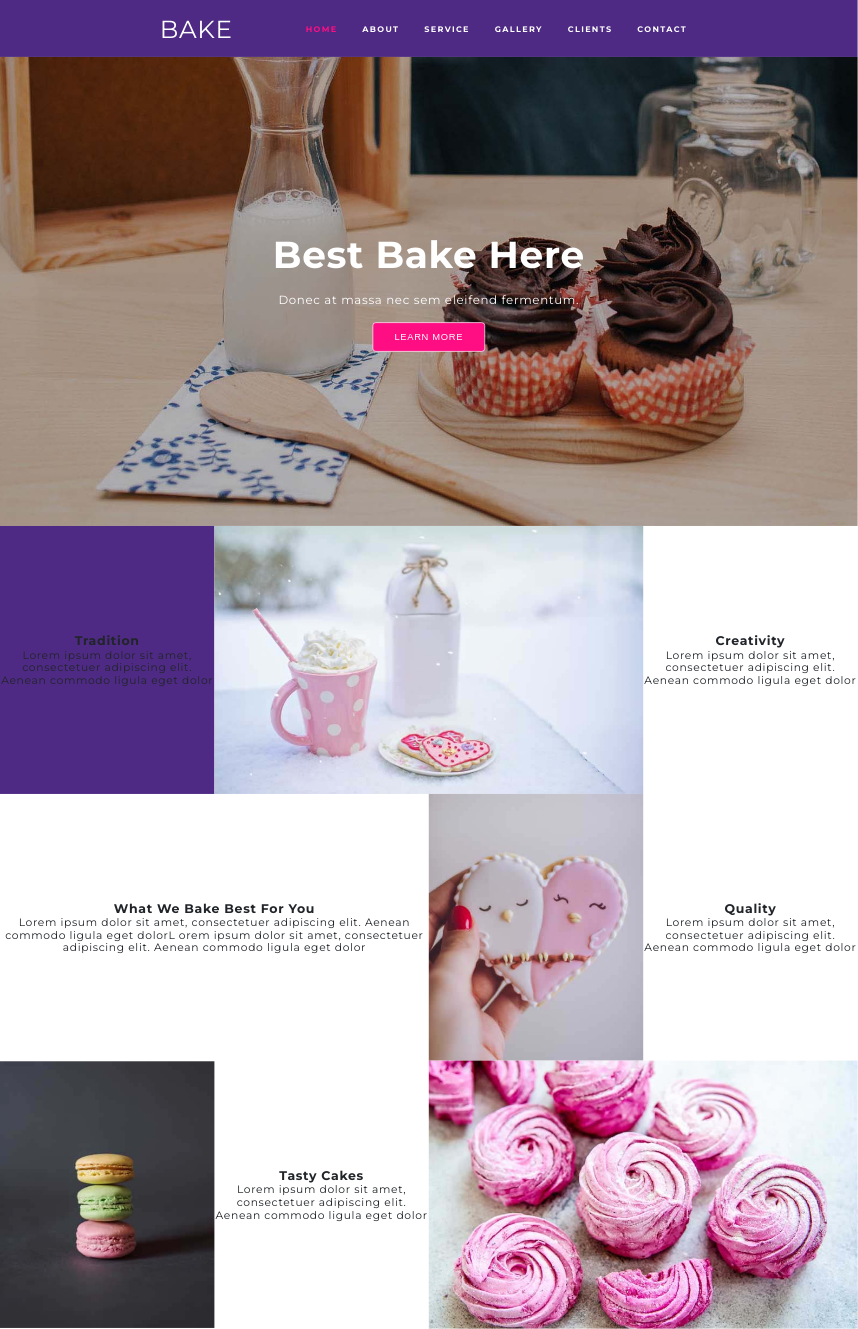
Repository: ducdatit2002/bake-cake
Page: index.html
These files come from the project's save history. The page is drawn as it stood at one moment and after a run of saves; the edit follows.
The browser window is 1280 px wide. The pictures show the whole page, at 67% of full size.

Above is the page before, as saved 2023-07-13 12:32:03.

### index.html
<!DOCTYPE html>
<html lang="en">
<head>
    <meta charset="UTF-8">
    <meta name="viewport" content="width=device-width, initial-scale=1.0">
    <title>BAKE</title>
    <!-- FONT ICON -->
    <link rel="stylesheet" href="https://cdnjs.cloudflare.com/ajax/libs/font-awesome/6.4.0/css/all.min.css"
        integrity="sha512-iecdLmaskl7CVkqkXNQ/ZH/XLlvWZOJyj7Yy7tcenmpD1ypASozpmT/E0iPtmFIB46ZmdtAc9eNBvH0H/ZpiBw=="
        crossorigin="anonymous" referrerpolicy="no-referrer" />
    <!-- FONT GOOGLE -->
    <link rel="preconnect" href="https://fonts.googleapis.com">
    <link rel="preconnect" href="https://fonts.gstatic.com" crossorigin>
    <link href="https://fonts.googleapis.com/css2?family=Montserrat:wght@300;400;700&display=swap" rel="stylesheet">
    <!-- MAIN CSS -->
    <link rel="stylesheet" href="./index.css">

</head>
<body>
    <!-- HEADER -->
    <header>
        <div class="header__content">
            <p>BAKE</p>
            <nav>
                <ul>
                    <li class="active"><a href="#">HOME</a></li>
                    <li><a href="#">ABOUT</a></li>
                    <li><a href="#">SERVICE</a></li>
                    <li><a href="#">GALLERY</a></li>
                    <li><a href="#">CLIENTS</a></li>
                    <li><a href="#">CONTACT</a></li>
                </ul>
            </nav>
        </div>
    </header>
    <!-- CAROUSEL -->
    <section class="carousel">
        <div class="carousel__content">
            <h1>Best Bake Here</h1>
            <p>Donec at massa nec sem eleifend fermentum.</p>
            <button>LEARN MORE</button>
        </div>
    </section>
    <!-- INTRO -->
    <section class="intro">
        <div class="intro__item">
            <div>
                <h3>Tradition</h3>
                <p>Lorem ipsum dolor sit amet, consectetuer adipiscing elit. Aenean commodo ligula eget dolor</p>
            </div>
        </div>
        <div class="intro__item intro__ab1">
            <img src="./img/ab1.jpg" alt="intro 1">
        </div>
        <div class="intro__item">
            <div>
                <h3>Creativity</h3>
                <p>Lorem ipsum dolor sit amet, consectetuer adipiscing elit. Aenean commodo ligula eget dolor</p>
            </div>
        </div>
        <div class="intro__item intro__bake">
            <div>
                <h3>What We Bake Best For You</h3>
                <p>Lorem ipsum dolor sit amet, consectetuer adipiscing elit. Aenean commodo ligula eget dolorL orem ipsum dolor sit amet,
                consectetuer adipiscing elit. Aenean commodo ligula eget dolor</p>
            </div>
        </div>
        <div class="intro__item">
            <img src="./img/ab2.jpg" alt="intro 2">
        </div>
        <div class="intro__item">
            <div>
                <h3>Quality</h3>
                <p>Lorem ipsum dolor sit amet, consectetuer adipiscing elit. Aenean commodo ligula eget dolor</p>
            </div>
        </div>
        <div class="intro__item">
            <img src="./img/ab3.jpg" alt="intro 3">
        </div>
        <div class="intro__item">
            <div>
                <h3>Tasty Cakes</h3>
                <p>Lorem ipsum dolor sit amet, consectetuer adipiscing elit. Aenean commodo ligula eget dolor</p>
            </div>
        </div>
        <div class="intro__item intro__ab4">
            <img src="./img/ab4.jpg" alt="intro 4">
        </div>
    </section>
    <!-- NUMBER -->
    <section class="number"></section>
    <!-- SERVICES -->
    <section class="services"></section>
    <!-- GALLERY -->
    <section class="gallery"></section>
    <!-- TEAM MEMBER -->
    <section class="team"></section>
    <!-- FEEDBACK -->
    <section class="feedback"></section>
    <!-- CONTACT -->
    <section class="contact"></section>
    <!-- FOOTER -->
    <footer></footer>
</body>
</html>

### index.css
/* GLOBAL */
*{
    margin: 0;
    padding: 0;
    box-sizing: border-box;
}
html{
    font-size: 16px;
    /* 1 rem = 18px */
    /* Không khai báo thì 1 rem là 16px */

}
body {
    font-family: 'Montserrat', sans-serif;
    color: #212529;
    background-color: #fff;
    letter-spacing: 1px;
}
button {
    background-color: #ff0e83;
    border: 1px solid white;
    color: white;
    padding: 13px 32px;
    font-size: 0.875rem;
    border-radius: 5px;
    cursor: pointer;
    letter-spacing: 1px;
    transition: all 0.5s;
}
button:hover {
    background-color: white;
    color: black;
    border-color: #ff0e83;

}
/* HEADER */
header {
    background-color: #4e2a84;
    padding: 20px 0;
}
.header__content {
    width: 70%;
    margin: 0 auto;
    display: flex;
    justify-content: space-around;
    align-items: center;
}
.header__content ul {
    list-style: none;
}
.header__content ul a {
    text-decoration: none;
    color: white;
    font-weight: 700;
    font-size: 0.75rem;
    letter-spacing: 2px;
    /* transition-property: all;
    transition-duration: 1s;
    transition-delay: 0s;
    transition-timing-function: linear; */
    transition: all 1s;
}
.header__content ul a:hover {
    color: #ff0e83;
}
.header__content ul li {
    display: inline;
    margin: 0 1rem;
}
.header__content p {
    color: white;
    font-size: 2.3rem;
    /* 2.3 rem ~ 37px */
}
.header__content ul .active a {
    color: #ff0e83;
}

/* CAROUSEL */
.carousel{
    background-image: url(./img/b3.jpg);
    height: 700px;
    background-size: cover;
    background-position: center;
    color: white;
    text-align: center;
    display: flex;
    justify-content: center;
    align-items: center;
}
.carousel__content h1 {
    font-size: 3.5rem;
}
.carousel__content p {
    font-size: 1.1rem;
    padding: 23px 0;
}
/* INTRO */
.intro {
    display: grid;
    /* grid-template-columns: 25% 25% 25% 25%; */
    /* grid-template-columns: repeat(4, 25%); */
    /* fr: phân số */
    grid-template-columns: repeat(4,1fr);
}
.intro__ab1 {
    /* số line bắt đầu */
    /* số line kết thúc */
    /* số cột mà item chiếm */
    /* grid-column:2 / 4; */
    grid-column: 2/ span 2;
}
.intro__bake {
    /* grid-column: 1 / 3; */
    grid-column: 1 /span 2;
}
.intro__ab4 {
    grid-column: 3 / span 2;
}
.intro__item img {
    width: 100%;
    display: block;
}
.intro__item {
    display: flex;
    align-items: center;
    text-align: center;
}
.intro .intro__item:first-child {
    background-color: #4e2a84;

}

After the next 3 saves:
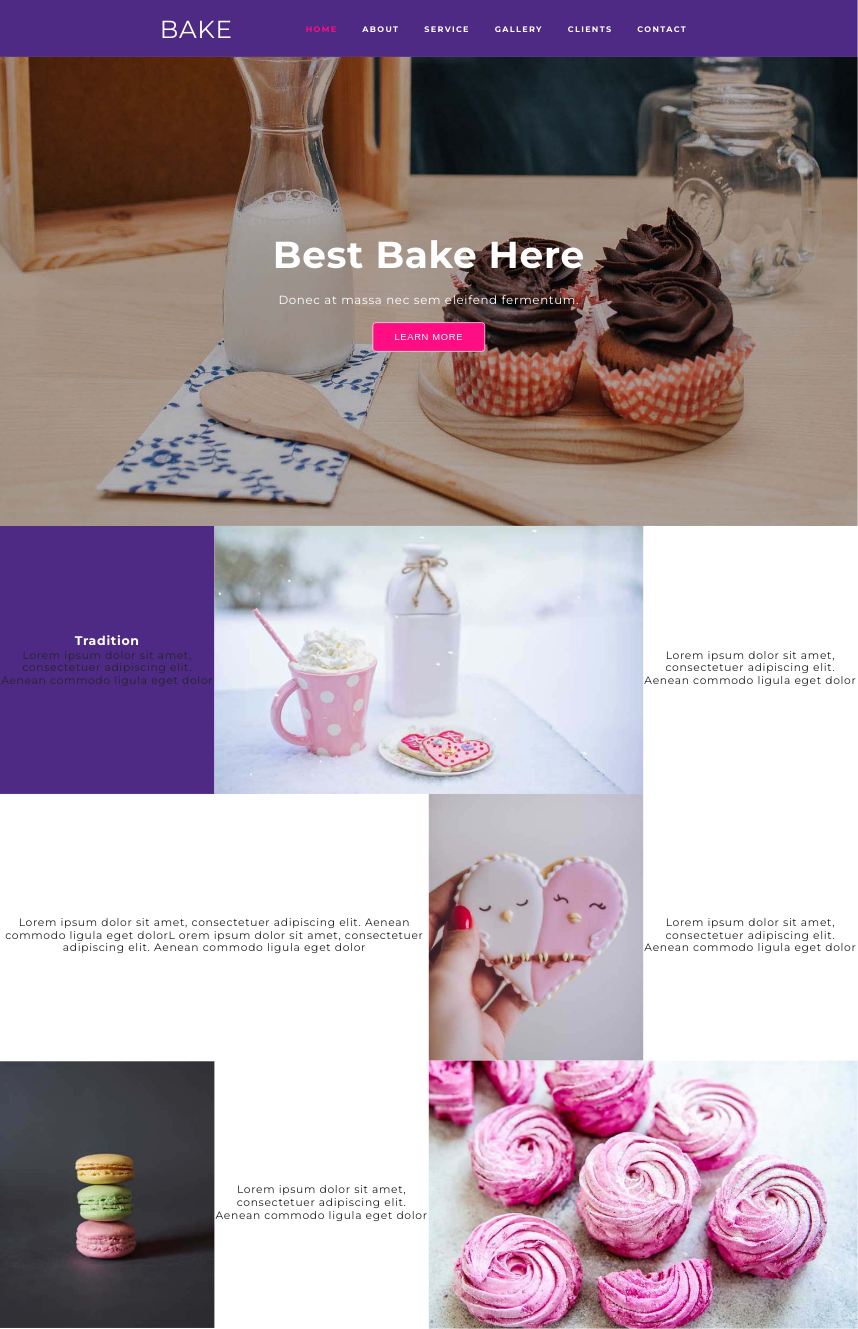
The 3 saves are shown as one change because they came seconds apart.
The last was saved 24 s later.
--- a/index.css
+++ b/index.css
@@ -126,6 +126,9 @@ header {
     align-items: center;
     text-align: center;
 }
+.intro__item h3 {
+    color: white;
+}
 .intro .intro__item:first-child {
     background-color: #4e2a84;
 
